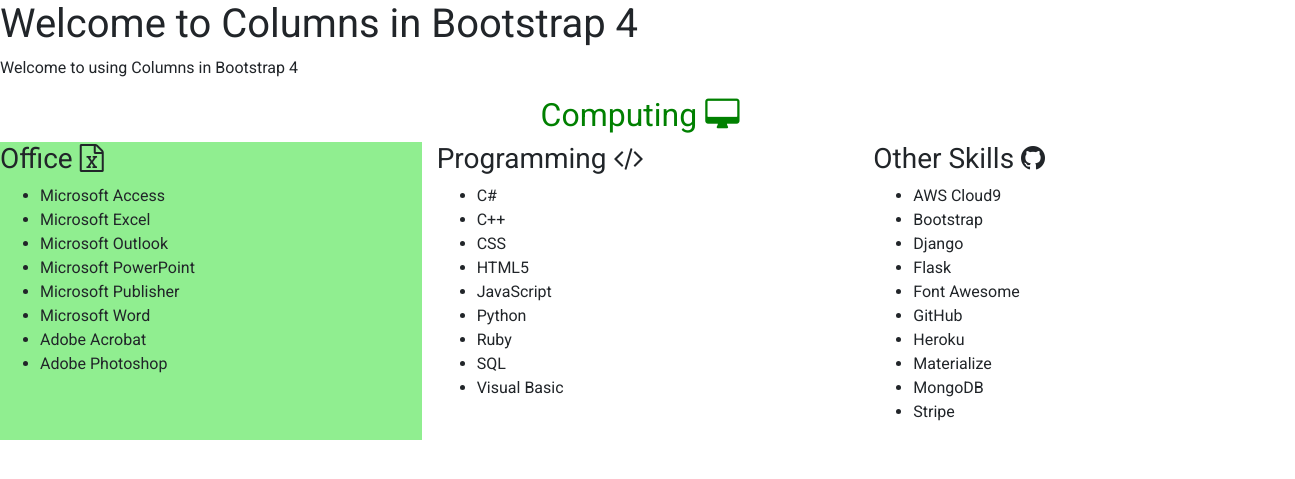
Repository: derektypist/columns-in-bootstrap-4
Page: index.html
The author's editor kept a record of every edit. The page is drawn from the files as they stood at one moment, then again after the next edit.
The browser window is 1280 px wide. The page is 1295 px wide, so the pictures cover 1295 px, including what lies to the right of the window. The pictures show the whole page.

Above is the page before.

After the next edit:
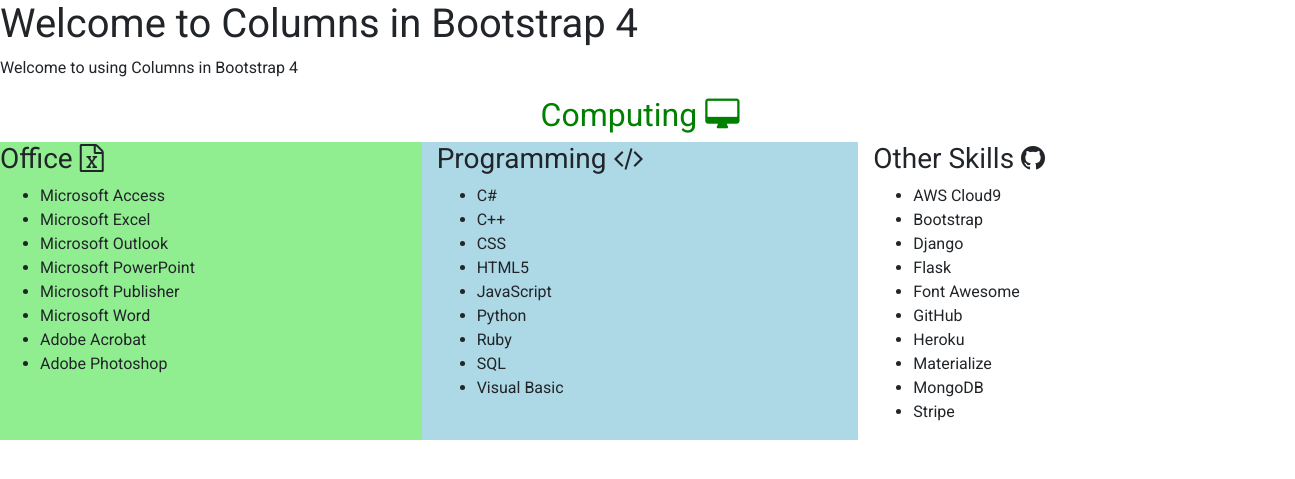
The edit:
--- a/index.html
+++ b/index.html
@@ -42,7 +42,7 @@
             </article>
 
             <!-- Set Up Article for Programming -->
-            <article class="col-sm-4">
+            <article class="col-sm-4 programming">
                 <h3>Programming <i class="fa fa-code" aria-hidden="true"></i></h3>
                 <ul>
                     <li>C#</li>
